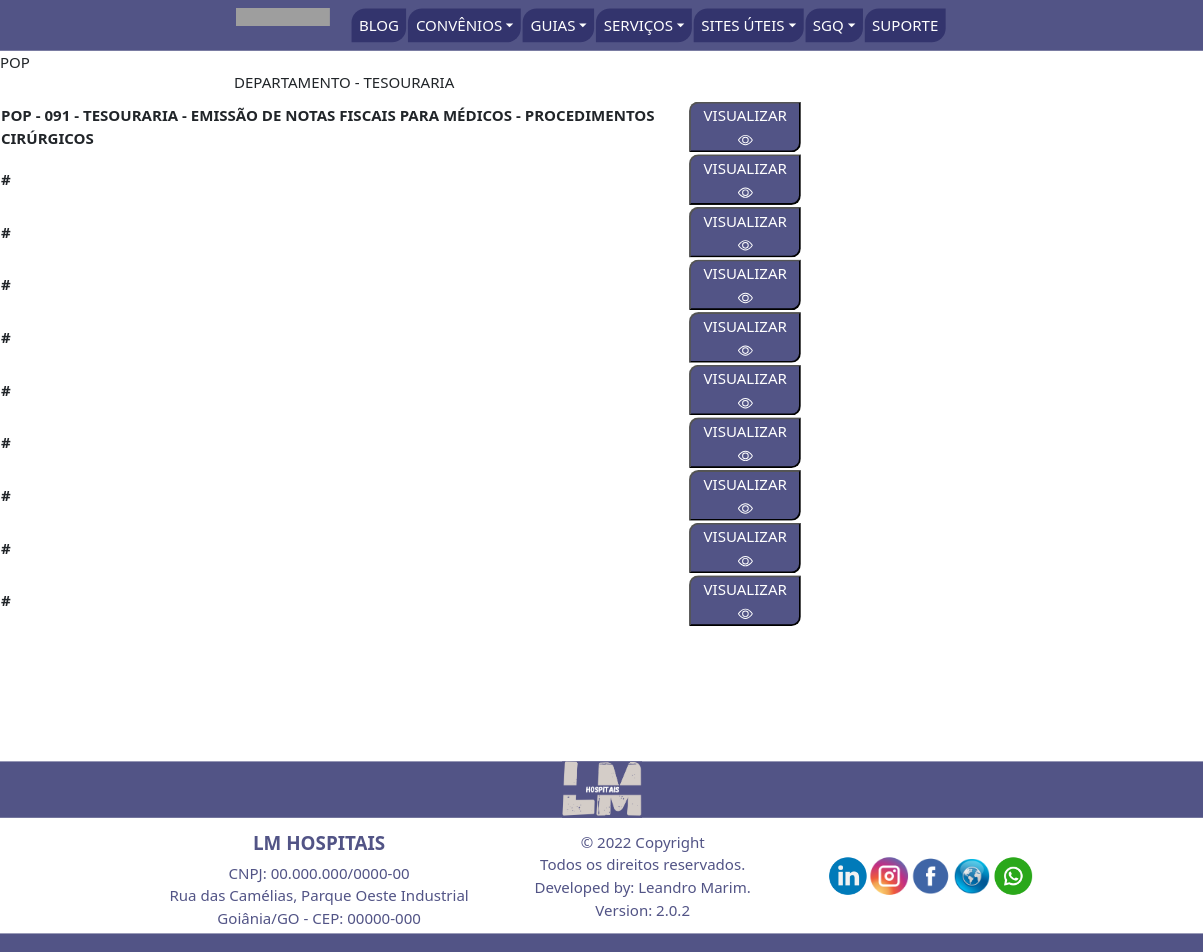
Repository: Leandromarim/INTRANET_PARTICULAR
Page: pop.html
The author's editor kept a copy of each file at every save. The page is drawn from the files as they stood at one save, then again after the next save.
The browser window is 1280 px wide. The pictures show the whole page, at 94% of full size.
Pictures or frames that could not be fetched are drawn as grey boxes.

Above is the page before, as saved 2022-02-04 12:43:47.

### pop.html
<!DOCTYPE html>
<html lang="pt-br">

<head>
    <meta charset="UTF-8" />
    <meta http-equiv="X-UA-Compatible" content="IE=edge" />
    <meta name="viewport" content="width=device-width, initial-scale=1.0" />
    <link rel="stylesheet" href="./assets/css/bootstrap-grid.css" />
    <link rel="stylesheet" href="./assets/css/bootstrap-grid.min.css" />
    <link rel="stylesheet" href="./assets/css/bootstrap.css" />

    <link rel="stylesheet" href="./assets/css/tables.css" />
    <link rel="stylesheet" href="./assets/css/body.css" />
    <link href="https://cdn.jsdelivr.net/npm/bootstrap@5.1.3/dist/css/bootstrap.min.css" rel="stylesheet" integrity="sha384-1BmE4kWBq78iYhFldvKuhfTAU6auU8tT94WrHftjDbrCEXSU1oBoqyl2QvZ6jIW3" crossorigin="anonymous">
    <link rel="icon" href="./image/ico/ico_aba_ha.ico" />
    <title>Intranet 2.0</title>
</head>

<body>
    <header id="mainheader"></header>
    <main>
        <section class="container-titulo-tabela">
            <span class="titulo-docs">POP</span>
        </section>
        <div class="table-centralizado">
            <table class="col-sm-6 col-lg-8">
                <thead>
                    <th class="titulo-setor" colspan="2">
                        <h6>DEPARTAMENTO - TESOURARIA</h6>
                    </th>
                </thead>
                <tbody class="col-sm-6 col-lg-8">
                    <tr>
                        <th class="titulo">POP - 091 - TESOURARIA - EMISSÃO DE NOTAS FISCAIS PARA MÉDICOS - PROCEDIMENTOS CIRÚRGICOS</th>
                        <td><a href="./doc/setores/pop/tesouraria/POP-091-TESOURARIA-EMISSÃO-DE-NOTAS-FISCAIS-PARA-MÉDICOS-PROCEDIMENTOS-CIRÚRGICOS.pdf"><button type="button" class="btn-visualizar">VISUALIZAR<svg xmlns="http://www.w3.org/2000/svg" width="16" height="16" fill="currentColor" class="bi bi-eye" viewBox="0 0 16 16">
                    <path d="M16 8s-3-5.5-8-5.5S0 8 0 8s3 5.5 8 5.5S16 8 16 8zM1.173 8a13.133 13.133 0 0 1 1.66-2.043C4.12 4.668 5.88 3.5 8 3.5c2.12 0 3.879 1.168 5.168 2.457A13.133 13.133 0 0 1 14.828 8c-.058.087-.122.183-.195.288-.335.48-.83 1.12-1.465 1.755C11.879 11.332 10.119 12.5 8 12.5c-2.12 0-3.879-1.168-5.168-2.457A13.134 13.134 0 0 1 1.172 8z"/>
                    <path d="M8 5.5a2.5 2.5 0 1 0 0 5 2.5 2.5 0 0 0 0-5zM4.5 8a3.5 3.5 0 1 1 7 0 3.5 3.5 0 0 1-7 0z"/>
                  </svg></button></a></td>
                    </tr>
                    <tr>
                        <th class="titulo">#</th>
                        <td><a href="./doc/setores/.pdf"><button type="button" class="btn-visualizar">VISUALIZAR<svg xmlns="http://www.w3.org/2000/svg" width="16" height="16" fill="currentColor" class="bi bi-eye" viewBox="0 0 16 16">
                    <path d="M16 8s-3-5.5-8-5.5S0 8 0 8s3 5.5 8 5.5S16 8 16 8zM1.173 8a13.133 13.133 0 0 1 1.66-2.043C4.12 4.668 5.88 3.5 8 3.5c2.12 0 3.879 1.168 5.168 2.457A13.133 13.133 0 0 1 14.828 8c-.058.087-.122.183-.195.288-.335.48-.83 1.12-1.465 1.755C11.879 11.332 10.119 12.5 8 12.5c-2.12 0-3.879-1.168-5.168-2.457A13.134 13.134 0 0 1 1.172 8z"/>
                    <path d="M8 5.5a2.5 2.5 0 1 0 0 5 2.5 2.5 0 0 0 0-5zM4.5 8a3.5 3.5 0 1 1 7 0 3.5 3.5 0 0 1-7 0z"/>
                  </svg></button></a></td>
                    </tr>
                    <tr>
                        <th class="titulo">#</th>
                        <td><a href="./doc/setores/.pdf"><button type="button" class="btn-visualizar">VISUALIZAR<svg xmlns="http://www.w3.org/2000/svg" width="16" height="16" fill="currentColor" class="bi bi-eye" viewBox="0 0 16 16">
                    <path d="M16 8s-3-5.5-8-5.5S0 8 0 8s3 5.5 8 5.5S16 8 16 8zM1.173 8a13.133 13.133 0 0 1 1.66-2.043C4.12 4.668 5.88 3.5 8 3.5c2.12 0 3.879 1.168 5.168 2.457A13.133 13.133 0 0 1 14.828 8c-.058.087-.122.183-.195.288-.335.48-.83 1.12-1.465 1.755C11.879 11.332 10.119 12.5 8 12.5c-2.12 0-3.879-1.168-5.168-2.457A13.134 13.134 0 0 1 1.172 8z"/>
                    <path d="M8 5.5a2.5 2.5 0 1 0 0 5 2.5 2.5 0 0 0 0-5zM4.5 8a3.5 3.5 0 1 1 7 0 3.5 3.5 0 0 1-7 0z"/>
                  </svg></button></a></td>
                    </tr>
                    <tr>
                        <th class="titulo">#</th>
                        <td><a href="./doc/setores/.pdf"><button type="button" class="btn-visualizar">VISUALIZAR<svg xmlns="http://www.w3.org/2000/svg" width="16" height="16" fill="currentColor" class="bi bi-eye" viewBox="0 0 16 16">
                    <path d="M16 8s-3-5.5-8-5.5S0 8 0 8s3 5.5 8 5.5S16 8 16 8zM1.173 8a13.133 13.133 0 0 1 1.66-2.043C4.12 4.668 5.88 3.5 8 3.5c2.12 0 3.879 1.168 5.168 2.457A13.133 13.133 0 0 1 14.828 8c-.058.087-.122.183-.195.288-.335.48-.83 1.12-1.465 1.755C11.879 11.332 10.119 12.5 8 12.5c-2.12 0-3.879-1.168-5.168-2.457A13.134 13.134 0 0 1 1.172 8z"/>
                    <path d="M8 5.5a2.5 2.5 0 1 0 0 5 2.5 2.5 0 0 0 0-5zM4.5 8a3.5 3.5 0 1 1 7 0 3.5 3.5 0 0 1-7 0z"/>
                  </svg></button></a></td>
                    </tr>
                    <tr>
                        <th class="titulo">#</th>
                        <td><a href="./doc/setores/.pdf"><button type="button" class="btn-visualizar">VISUALIZAR<svg xmlns="http://www.w3.org/2000/svg" width="16" height="16" fill="currentColor" class="bi bi-eye" viewBox="0 0 16 16">
                    <path d="M16 8s-3-5.5-8-5.5S0 8 0 8s3 5.5 8 5.5S16 8 16 8zM1.173 8a13.133 13.133 0 0 1 1.66-2.043C4.12 4.668 5.88 3.5 8 3.5c2.12 0 3.879 1.168 5.168 2.457A13.133 13.133 0 0 1 14.828 8c-.058.087-.122.183-.195.288-.335.48-.83 1.12-1.465 1.755C11.879 11.332 10.119 12.5 8 12.5c-2.12 0-3.879-1.168-5.168-2.457A13.134 13.134 0 0 1 1.172 8z"/>
                    <path d="M8 5.5a2.5 2.5 0 1 0 0 5 2.5 2.5 0 0 0 0-5zM4.5 8a3.5 3.5 0 1 1 7 0 3.5 3.5 0 0 1-7 0z"/>
                  </svg></button></a></td>
                    </tr>
                    <tr>
                        <th class="titulo">#</th>
                        <td><a href="./doc/setores/.pdf"><button type="button" class="btn-visualizar">VISUALIZAR<svg xmlns="http://www.w3.org/2000/svg" width="16" height="16" fill="currentColor" class="bi bi-eye" viewBox="0 0 16 16">
                    <path d="M16 8s-3-5.5-8-5.5S0 8 0 8s3 5.5 8 5.5S16 8 16 8zM1.173 8a13.133 13.133 0 0 1 1.66-2.043C4.12 4.668 5.88 3.5 8 3.5c2.12 0 3.879 1.168 5.168 2.457A13.133 13.133 0 0 1 14.828 8c-.058.087-.122.183-.195.288-.335.48-.83 1.12-1.465 1.755C11.879 11.332 10.119 12.5 8 12.5c-2.12 0-3.879-1.168-5.168-2.457A13.134 13.134 0 0 1 1.172 8z"/>
                    <path d="M8 5.5a2.5 2.5 0 1 0 0 5 2.5 2.5 0 0 0 0-5zM4.5 8a3.5 3.5 0 1 1 7 0 3.5 3.5 0 0 1-7 0z"/>
                  </svg></button></a></td>
                    </tr>
                    <tr>
                        <th class="titulo">#</th>
                        <td><a href="./doc/setores/.pdf"><button type="button" class="btn-visualizar">VISUALIZAR<svg xmlns="http://www.w3.org/2000/svg" width="16" height="16" fill="currentColor" class="bi bi-eye" viewBox="0 0 16 16">
                    <path d="M16 8s-3-5.5-8-5.5S0 8 0 8s3 5.5 8 5.5S16 8 16 8zM1.173 8a13.133 13.133 0 0 1 1.66-2.043C4.12 4.668 5.88 3.5 8 3.5c2.12 0 3.879 1.168 5.168 2.457A13.133 13.133 0 0 1 14.828 8c-.058.087-.122.183-.195.288-.335.48-.83 1.12-1.465 1.755C11.879 11.332 10.119 12.5 8 12.5c-2.12 0-3.879-1.168-5.168-2.457A13.134 13.134 0 0 1 1.172 8z"/>
                    <path d="M8 5.5a2.5 2.5 0 1 0 0 5 2.5 2.5 0 0 0 0-5zM4.5 8a3.5 3.5 0 1 1 7 0 3.5 3.5 0 0 1-7 0z"/>
                  </svg></button></a></td>
                    </tr>
                    <tr>
                        <th class="titulo">#</th>
                        <td><a href="./doc/setores/.pdf"><button type="button" class="btn-visualizar">VISUALIZAR<svg xmlns="http://www.w3.org/2000/svg" width="16" height="16" fill="currentColor" class="bi bi-eye" viewBox="0 0 16 16">
                    <path d="M16 8s-3-5.5-8-5.5S0 8 0 8s3 5.5 8 5.5S16 8 16 8zM1.173 8a13.133 13.133 0 0 1 1.66-2.043C4.12 4.668 5.88 3.5 8 3.5c2.12 0 3.879 1.168 5.168 2.457A13.133 13.133 0 0 1 14.828 8c-.058.087-.122.183-.195.288-.335.48-.83 1.12-1.465 1.755C11.879 11.332 10.119 12.5 8 12.5c-2.12 0-3.879-1.168-5.168-2.457A13.134 13.134 0 0 1 1.172 8z"/>
                    <path d="M8 5.5a2.5 2.5 0 1 0 0 5 2.5 2.5 0 0 0 0-5zM4.5 8a3.5 3.5 0 1 1 7 0 3.5 3.5 0 0 1-7 0z"/>
                  </svg></button></a></td>
                    </tr>
                    <tr>
                        <th class="titulo">#</th>
                        <td><a href="./doc/setores/.pdf"><button type="button" class="btn-visualizar">VISUALIZAR<svg xmlns="http://www.w3.org/2000/svg" width="16" height="16" fill="currentColor" class="bi bi-eye" viewBox="0 0 16 16">
                    <path d="M16 8s-3-5.5-8-5.5S0 8 0 8s3 5.5 8 5.5S16 8 16 8zM1.173 8a13.133 13.133 0 0 1 1.66-2.043C4.12 4.668 5.88 3.5 8 3.5c2.12 0 3.879 1.168 5.168 2.457A13.133 13.133 0 0 1 14.828 8c-.058.087-.122.183-.195.288-.335.48-.83 1.12-1.465 1.755C11.879 11.332 10.119 12.5 8 12.5c-2.12 0-3.879-1.168-5.168-2.457A13.134 13.134 0 0 1 1.172 8z"/>
                    <path d="M8 5.5a2.5 2.5 0 1 0 0 5 2.5 2.5 0 0 0 0-5zM4.5 8a3.5 3.5 0 1 1 7 0 3.5 3.5 0 0 1-7 0z"/>
                  </svg></button></a></td>
                    </tr>
                    <tr>
                        <th class="titulo">#</th>
                        <td><a href="./doc/setores/.pdf"><button type="button" class="btn-visualizar">VISUALIZAR<svg xmlns="http://www.w3.org/2000/svg" width="16" height="16" fill="currentColor" class="bi bi-eye" viewBox="0 0 16 16">
                    <path d="M16 8s-3-5.5-8-5.5S0 8 0 8s3 5.5 8 5.5S16 8 16 8zM1.173 8a13.133 13.133 0 0 1 1.66-2.043C4.12 4.668 5.88 3.5 8 3.5c2.12 0 3.879 1.168 5.168 2.457A13.133 13.133 0 0 1 14.828 8c-.058.087-.122.183-.195.288-.335.48-.83 1.12-1.465 1.755C11.879 11.332 10.119 12.5 8 12.5c-2.12 0-3.879-1.168-5.168-2.457A13.134 13.134 0 0 1 1.172 8z"/>
                    <path d="M8 5.5a2.5 2.5 0 1 0 0 5 2.5 2.5 0 0 0 0-5zM4.5 8a3.5 3.5 0 1 1 7 0 3.5 3.5 0 0 1-7 0z"/>
                  </svg></button></a></td>
                    </tr>
                </tbody>
            </table>
        </div>
        <br><br><br><br><br><br>
    </main>
    <footer id="mainfooter"></footer>
</body>
<script src="./assets/js/bootstrap.js"></script>
<script src="./assets/js/ajax_pages.js"></script>

</html>

### assets/css/tables.css
section.table-centralizado, thead{
    position: relative;
    display: flex;
    align-items: center;
    align-content: center;
    justify-content: center;
    justify-items: center;
}

.tabela {
    position: relative;
    display: flex;
    align-items: center;
    align-content: center;
    justify-items: center;
    justify-content: center;
}

thead h2.titulo-tabela {
    position: relative;
    display: flex;
    justify-content: center;
    justify-items: center;
    align-items: center;
    align-content: center;
}


main table.table {
    background-color: #fff;
}

th.celula,
td.coluna {
    color: #525486;
    text-transform: uppercase;
}

th {
    border-radius: 20px;
}

td .btn-visualizar {
    background-color: #525486;
    color: #fff;
    border-radius: 10px 0 10px 0;
}

td .btn-visualizar:hover {
    background-color: #fff;
    color: #525486;
}

### assets/css/body.css
.container-card {
    display: flex;
    position: relative;
    align-items: center;
    align-content: center;
    justify-content: center;
    justify-items: center;
}

.container-card img {
    border-radius: 20px 0 20px 0;
}

div.card {
    position: relative;
    display: flex;
    width: 20rem;
    margin: 5px;
    padding: 1px;
    background-color: #525486;
    border-radius: 20px 0 20px 0;
    top: 10px;
}

#card-text {
    display: flex;
    position: relative;
    color: white;
    align-content: center;
    align-items: center;
    justify-content: center;
    justify-items: center;
}

.titulo-docs h2 {
    position: relative;
    display: flex;
    justify-content: center;
    color: #525486;
}

### footer.html
<!DOCTYPE html>
<html lang="pt-br">

<head>
    <meta charset="UTF-8">
    <meta http-equiv="X-UA-Compatible" content="IE=edge" />
    <meta name="viewport" content="width=device-width, initial-scale=1.0" />
    <link href="https://fonts.googleapis.com/css2?family=Roboto&display=swap" rel="stylesheet" />
    <link rel="stylesheet" href="../assets/css/bootstrap.css" />
    <link rel="stylesheet" href="assets/css/footer.css" />
    <link href="https://cdn.jsdelivr.net/npm/bootstrap@5.1.3/dist/css/bootstrap.min.css" rel="stylesheet" integrity="sha384-1BmE4kWBq78iYhFldvKuhfTAU6auU8tT94WrHftjDbrCEXSU1oBoqyl2QvZ6jIW3" crossorigin="anonymous" />
    <title>Intranet 2.0</title>
</head>

<body>
    <footer class="d-flex flex-wrap justify-content-center align-items-center py-1 footer">
        <div class="container-barra-footer">
            <section class="container-logo-footer">
                <img src="./image/logo/footer/LM-Hospitais.png" class="logo-footer">
            </section>
        </div>
        <section class="container-endereco">
            <h5 class="titulo-hospital">LM HOSPITAIS</h5>
            <span class="text">CNPJ: 00.000.000/0000-00</span>
            <span class="text">Rua das Camélias, Parque Oeste Industrial<br>Goiânia/GO - CEP: 00000-000
            </span>
        </section>
        <section class="container-copyright">
            <span class="text-copyright">&copy; 2022 Copyright <br> Todos os direitos reservados. <br>Developed by: Leandro Marim. <br> Version: 2.0.2 </span>
        </section>
        <section class="container-redes-sociais">
            <ul class="nav d-flex justify-content-center list-unstyled d-flex">
                <li class="lista-redes-sociais">
                    <a href="#" target="_blank"><img src="./image/ico/linkedin.png" class="redes-sociais"></a>
                </li>
                <li class="lista-redes-sociais">
                    <a href="#" target="_blank"><img src="./image/ico/instagram.png" class="redes-sociais"></a>
                </li>
                <li class="lista-redes-sociais">
                    <a href="#" target="_blank"><img src="./image/ico/facebook.png" class="redes-sociais"></a>
                </li>
                <li class="lista-redes-sociais">
                    <a href="#" target="_blank"><img src="./image/ico/site.png" class="redes-sociais"></a>
                </li>
                <li class="lista-redes-sociais">
                    <a href="#" target="_blank"><img src="./image/ico/whatsapp.png" class="redes-sociais"></a>
                </li>
            </ul>
        </section>
    </footer>
</body>
<script src="assets/js/bootstrap.js"></script>
<script src="ajax.js"></script>

</html>

### assets/css/header.css
nav.navbar {
    background-color: #525486;
    width: 100%;
    height: auto;
}

nav .button {
    background-color: #272863b7;
    border-radius: 15px 0 15px 0;
    padding: 6px;
    margin: 1px;
}

nav .button:hover{
    background-color: rgba(255, 255, 255, 0.185);
    color: #525486;
}

.container-logo {
    position: relative;
    display: flex;
    width: 100px;
    height: 20px;
    align-items: center;
    align-content: center;
    justify-content: center;
    justify-items: center;
    right: 150px;
}

section img.logo {
    position: relative;
    display: flex;
    height: 20px;
    width: 100px;
    left: 8rem;
}

nav div.secao-navbar {
    width: 100%;
    height: auto;
    justify-content: center;
    justify-items: center;
    align-items: center;
    align-content: center;
}

a.item-link-nav {
    display: flex;
    position: relative;
    justify-items: center;
    justify-content: center;
    align-items: center;
    align-content: center;
    color: #525486;
    background-color: #fff;
    padding: 5px;
    border-radius: 10px 0 10px 0;
}

a.item-link-nav:hover {
    color: #fff;
    background-color: #525486;
}

nav ul li a {
    position: relative;
    display: flex;
    align-items: center;
    align-content: center;
    justify-content: center;
    justify-items: center;
}

.d-flex {
    margin: 0 0 0 5px;
}

button.button-pesquisar{
    background-color: #525486;
    color: #fff;
    border: 2px solid #fff;
    border-radius: 10px 0 10px 0;
}

button.button-pesquisar:hover{
    background-color: #fff;
    color: #525486;
    border: 2px solid #525486;
    border-radius: 10px 0 10px 0;
}

### assets/css/footer.css
.footer {
    position: relative;
    display: flex;
    padding: 0;
    bottom: 0;
    top: 0;
    margin: 0;
    border-bottom: 20px solid #525486;
    width: 100%;
    height: auto;
    background-color: #fff;
}

div.container-barra-footer {
    display: flex;
    position: relative;
    justify-content: center;
    justify-items: center;
    align-items: center;
    align-content: center;
    padding: 0;
    bottom: 0;
    margin: 0;
    width: 100%;
    height: 60px;
    bottom: 5px;
    background-color: #525486;
}

section.container-logo-footer {
    width: 85px;
    height: 60px;
}

img.logo-footer {
    display: flex;
    position: relative;
    width: 100%;
    height: 100%;
}

section.container-endereco {
    position: relative;
    justify-content: center;
    justify-items: center;
    align-items: center;
    align-content: center;
}

section.container-copyright {
    display: flex;
    position: relative;
    justify-content: center;
    justify-items: center;
    align-items: center;
    align-content: center;
    margin-right: 70px;
    margin-left: 70px;
}

h5.titulo-hospital {
    text-align: center;
    color: #525486;
    text-transform: uppercase;
    font-weight: 600;
    margin-top: 10px;
}

span.text,
span.text-copyright,
h5.titulo-hospital {
    display: flex;
    position: relative;
    justify-content: center;
    color: #525486;
    text-align: center;
}

section.container-redes-sociais {
    display: flex;
    position: relative;
    align-items: center;
    align-content: center;
    justify-items: center;
    justify-content: center;
    margin-left: 6px;
}

img.redes-sociais {
    width: 40px;
    height: 40px;
    margin: 2px;
}

Loaded but not shown: assets/css/bootstrap-grid.css (library); assets/css/bootstrap-grid.min.css (library); assets/css/bootstrap.css (library); assets/js/bootstrap.js (library); assets/js/ajax_pages.js (18 lines, source omitted); header.html (119 lines, source omitted)

After the next save:
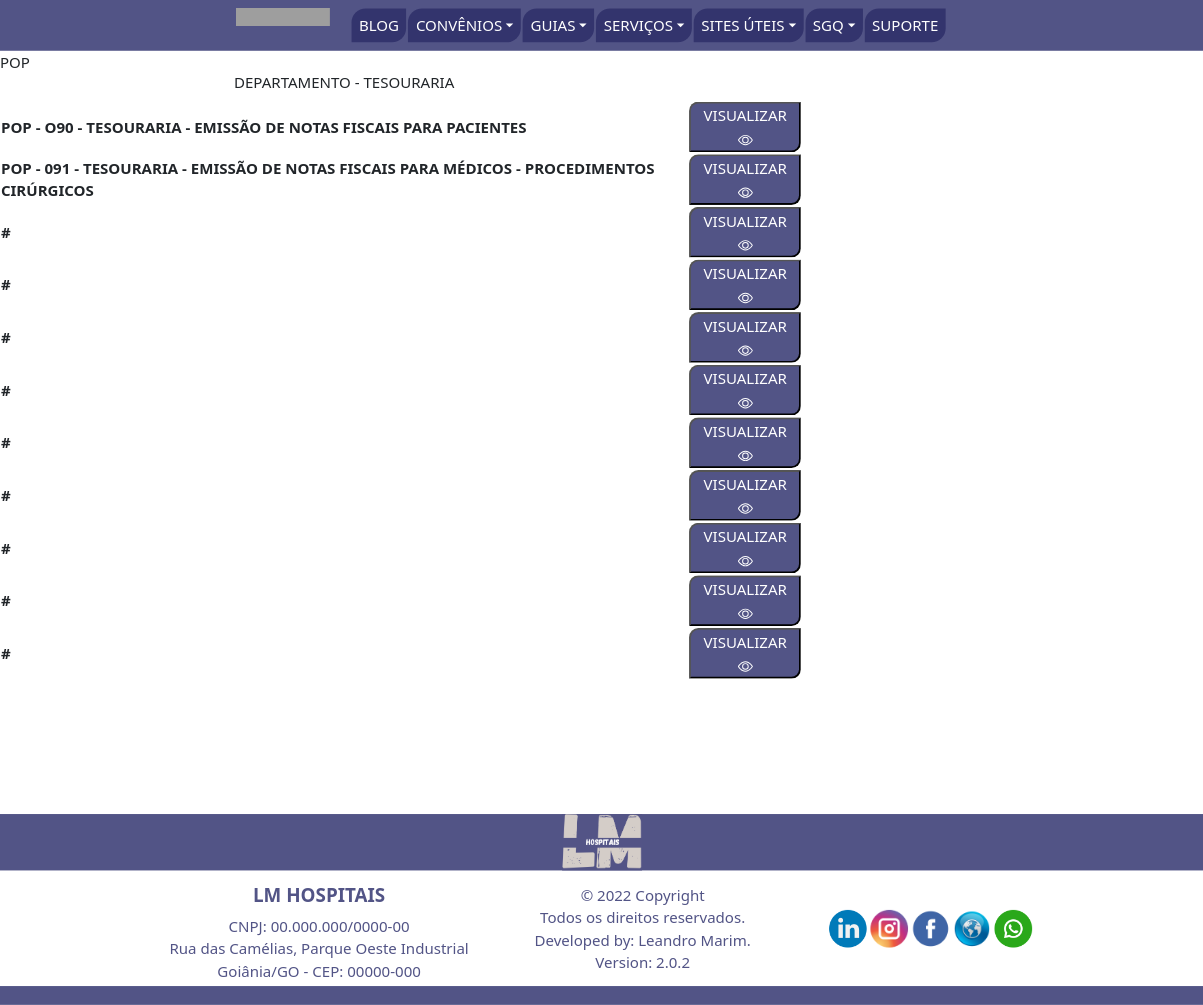
Saved 2 min 30 s later.
--- a/pop.html
+++ b/pop.html
@@ -30,6 +30,13 @@
                     </th>
                 </thead>
                 <tbody class="col-sm-6 col-lg-8">
+                    <tr>
+                        <th class="titulo">POP - O90 - TESOURARIA - EMISSÃO DE NOTAS FISCAIS PARA PACIENTES</th>
+                        <td><a href="./doc/setores/pop/tesouraria/POP-O90-TESOURARIA-EMISSÃO-DE-NOTAS-FISCAIS-PARA-PACIENTES.pdf"><button type="button" class="btn-visualizar">VISUALIZAR<svg xmlns="http://www.w3.org/2000/svg" width="16" height="16" fill="currentColor" class="bi bi-eye" viewBox="0 0 16 16">
+                    <path d="M16 8s-3-5.5-8-5.5S0 8 0 8s3 5.5 8 5.5S16 8 16 8zM1.173 8a13.133 13.133 0 0 1 1.66-2.043C4.12 4.668 5.88 3.5 8 3.5c2.12 0 3.879 1.168 5.168 2.457A13.133 13.133 0 0 1 14.828 8c-.058.087-.122.183-.195.288-.335.48-.83 1.12-1.465 1.755C11.879 11.332 10.119 12.5 8 12.5c-2.12 0-3.879-1.168-5.168-2.457A13.134 13.134 0 0 1 1.172 8z"/>
+                    <path d="M8 5.5a2.5 2.5 0 1 0 0 5 2.5 2.5 0 0 0 0-5zM4.5 8a3.5 3.5 0 1 1 7 0 3.5 3.5 0 0 1-7 0z"/>
+                  </svg></button></a></td>
+                    </tr>
                     <tr>
                         <th class="titulo">POP - 091 - TESOURARIA - EMISSÃO DE NOTAS FISCAIS PARA MÉDICOS - PROCEDIMENTOS CIRÚRGICOS</th>
                         <td><a href="./doc/setores/pop/tesouraria/POP-091-TESOURARIA-EMISSÃO-DE-NOTAS-FISCAIS-PARA-MÉDICOS-PROCEDIMENTOS-CIRÚRGICOS.pdf"><button type="button" class="btn-visualizar">VISUALIZAR<svg xmlns="http://www.w3.org/2000/svg" width="16" height="16" fill="currentColor" class="bi bi-eye" viewBox="0 0 16 16">
